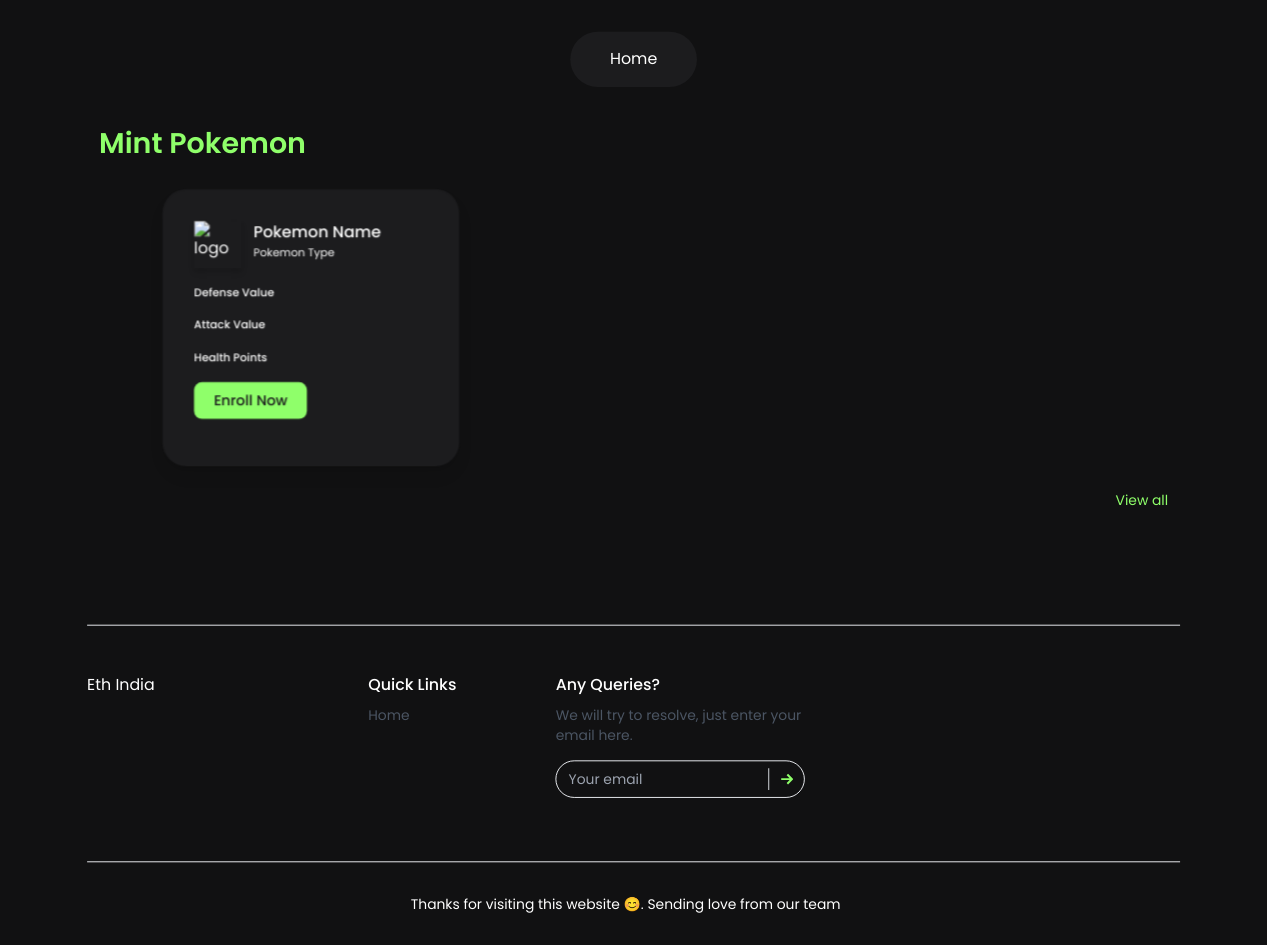
Repository: 0xinit/zkMon
Page: /pickPokemons (app in zkmon-frontend/)
An editor plug-in stored every save of this project. The page is shown before and after the next save, followed by the edit.
The browser window is 1280 px wide. The pictures show the whole page, at 99% of full size.
The project was rebuilt for these pictures with package versions that can differ from the ones it lists, and the page was loaded fresh each time. Also part of the build but not shown: zkmon-frontend/src/pages/Battle.jsx, zkmon-frontend/src/pages/PlayGame.jsx, zkmon-frontend/src/pages/HomePage.jsx.

Above is the page before, as saved 2023-12-09 20:24:50.

### zkmon-frontend/src/index.js
import React from "react";
import ReactDOM from "react-dom/client";
import "./index.css";
import App from "./App";
import reportWebVitals from "./reportWebVitals";
import { Route, BrowserRouter as Router } from "react-router-dom";

const root = ReactDOM.createRoot(document.getElementById("root"));
root.render(
  <React.StrictMode>
    <Router>
      <App />
    </Router>
  </React.StrictMode>
);

// If you want to start measuring performance in your app, pass a function
// to log results (for example: reportWebVitals(console.log))
// or send to an analytics endpoint. Learn more: https://bit.ly/CRA-vitals
reportWebVitals();

### zkmon-frontend/src/index.css
@import url(https://fonts.googleapis.com/css?family=Poppins:100,100italic,200,200italic,300,300italic,regular,italic,500,500italic,600,600italic,700,700italic,800,800italic,900,900italic);

* {
  margin: 0;
  padding: 0;
  box-sizing: border-box;
}

body {
  font-family: "Poppins", sans-serif, -apple-system, BlinkMacSystemFont,
    "Segoe UI", Roboto, Oxygen, Ubuntu, Cantarell, "Open Sans", "Helvetica Neue",
    sans-serif;
  background: #111112;
  color: white;
}

html,
body {
  scroll-behavior: smooth;
  overflow-x: hidden;
}
@tailwind base;
@tailwind components;
@tailwind utilities;

### zkmon-frontend/src/App.js
import React, { useEffect, useState } from "react";
import Navbar from "./components/NavBar";
import { Route, Routes } from "react-router-dom";
import Battle from "./pages/Battle";
import PlayGame from "./pages/PlayGame";
import HomePage from "./pages/HomePage";
import PickPokemon from "./pages/PickPokemon";
import Footer from "./components/Footer";
import {
  contractAddressOfProofOfLocation,
  contractAbiOfProofOfLocation,
  contractAddressOfGameEngine,
  contractAbiOfGameEngine,
} from "./contractConfig.js";
import { useNavigate } from "react-router-dom";
const { ethers } = require("ethers");

const App = () => {
  const [provider, setProvider] = useState(null);
  const [signer, setSigner] = useState(null);
  const [showConnectButton, setShowConnectButton] = useState(false);
  const [contractConfig, setContractConfig] = useState({
    locationContract: null,
    gameEngine: null,
  });
  const navigate = useNavigate();
  const [hasLocationPermission, setHasLocationPermission] = useState(false);
  const [userLocation, setUserLocation] = useState(null);
  const [address, setAddress] = useState("");

  const connectWallet = async () => {
    if (window.ethereum) {
      const provider = new ethers.providers.Web3Provider(window.ethereum);
      setProvider(provider);
      try {
        await provider.send("eth_requestAccounts", []);
        const signer = provider.getSigner();
        setSigner(signer);
        await connectContract(signer);
      } catch (error) {
        console.error(error);
        setShowConnectButton(true);
      }
    } else {
      setShowConnectButton(true);
    }
  };

  const connectContract = async (signer) => {
    const proofOfLocationContract = await new ethers.Contract(
      contractAddressOfProofOfLocation,
      contractAbiOfProofOfLocation,
      signer
    );

    const gameEngineContract = await new ethers.Contract(
      contractAddressOfGameEngine,
      contractAbiOfGameEngine,
      signer
    );

    setContractConfig({
      locationContract: proofOfLocationContract,
      gameEngine: gameEngineContract,
    });
  };

  const checkConnections = async () => {
    await connectWallet();
    await requestLocationPermission();
  };

  useEffect(() => {
    if (window.ethereum) {
      checkConnections();
    } else {
      setShowConnectButton(true);
    }
  }, []);

  const requestLocationPermission = () => {
    if ("geolocation" in navigator) {
      navigator.geolocation.getCurrentPosition(
        (position) => {
          setUserLocation([
            position.coords.latitude,
            position.coords.longitude,
          ]);
          setHasLocationPermission(true);
        },
        (error) => {
          console.error("Error getting user location:", error);
          setHasLocationPermission(false);
        }
      );
    } else {
    }
  };

  useEffect(() => {
    connectWallet();
  }, []);

  return (
    <div className="px-8 md:px-16">
      <Navbar signer={(connectWallet, signer, address)} />
      <div>
        <Routes>
          <Route
            path="/"
            element={<HomePage checkConnections={checkConnections} />}
          />
          <Route path="/battle" element={<Battle />} />
          <Route path="/playgame" element={<PlayGame />} />
          <Route path="/pickPokemons" element={<PickPokemon />} />
        </Routes>
      </div>
      <Footer />
    </div>
  );
};

export default App;

### zkmon-frontend/src/components/NavBar.jsx
import React, { useState, useEffect } from "react";
import { BiMenuAltRight } from "react-icons/bi";
import { Link } from "react-router-dom";

const Navbar = ({ connectwallet, signer, address }) => {
  const [isMenu, setIsMenu] = useState(false);

  const handleMenu = () => {
    setIsMenu(!isMenu);
  };

  useEffect(() => {}, []);

  return (
    <div>
      {/* desktop */}
      <div className="hidden md:flex md:items-center md:justify-center">
        <ul className="flex gap-14 bg-cardBg p-4 md:mt-8 mt-4 rounded-full px-10">
          <Link to="/">
            <li className="cursor-pointer">Home</li>
          </Link>
        </ul>
      </div>

      {/* mobile */}
      <div
        className="flex md:hidden justify-end mt-6 text-3xl"
        onClick={handleMenu}
      >
        <BiMenuAltRight />
        {isMenu && (
          <div className="absolute top-14 text-base bg-cardBg py-2 px-4 rounded-lg z-50">
            <ul>
              <Link to="/">
                <li className="mt-1">Home</li>
              </Link>
            </ul>
          </div>
        )}
      </div>
    </div>
  );
};

export default Navbar;

### zkmon-frontend/src/pages/PickPokemon.jsx
import React from "react";
import { Link } from "react-router-dom";

const PickPokemon = ({}) => {
  return (
    <div className="w-full">
      <div className="p-9 h-full">
        <p
          className="text-[1.8rem] font-semibold text-primaryColor"
          style={{ marginBottom: "1.5rem" }}
        >
          <span className="text-lightPrimary">Mint</span> Pokemon
        </p>

        <div className="h-full w-full grid md:grid-cols-4 gap-6 my-6 md:px-16">
          <div
            key=""
            className="md:w-300 p-8 min-w-260 bg-cardBg backdrop-blur-md rounded-3xl flex flex-col justify-center drop-shadow-lg gap-4 hover:scale-105 transition-all duration-300"
          >
            {/*<img src="frontend/src/img/free_img.png" alt="corner-image" className="absolute top-0 right-0 w-16 h-16 md:w-20 md:h-20 object-cover"/>*/}

            <div className="flex">
              <img
                src=""
                alt="logo"
                className="w-9 h-9 md:w-12 md:h-12 shadow-md hover:shadow-lg transition-all duration-300 transform hover:scale-110"
              />
              <div className="mx-3">
                <p className="md:text-[1rem] text-[0.8rem] font-medium hover:text-lightPrimary hover:underline">
                  Pokemon Name
                </p>
                <p className="md:text-[0.7rem] text-[0.6rem] text-lighttextGray">
                  Pokemon Type
                </p>
              </div>
            </div>
            <p className="text-[0.7rem] text-justify font-medium">
              Defense Value
            </p>
            <p className="text-[0.7rem] text-justify font-medium">
              Attack Value
            </p>
            <p className="text-[0.7rem] text-justify font-medium">
              Health Points
            </p>
            <div className="flex justify-between pb-4 gap-3">
              <div
                className="md:text-[0.9rem] text-[0.7rem] rounded-lg bg-primaryColor py-2 px-5 text-cardBg font-medium hover:shadow-lg duration-100 transition-all ease-in-out cursor-pointer"
                onClick={() => {}}
              >
                Enroll Now
              </div>
            </div>
          </div>
        </div>
        <p className="md:text-[lg] text-sm text-right text-primaryColor cursor-pointer hover:text-lightModeTextColor">
          View all
        </p>
      </div>
    </div>
  );
};

export default PickPokemon;

### zkmon-frontend/src/components/Footer.jsx
import React from "react";
import { Link } from "react-router-dom";

const Footer = () => {
  return (
    <footer>
      <div className="mx-auto px-4 sm:px-6 mt-20">
        {/* Top area: Blocks */}
        <div className="grid sm:grid-cols-12 gap-8 py-8 md:py-12 border-t border-gray-200">
          {/* 1st block */}
          <div className="sm:col-span-12 lg:col-span-3">
            <div className="mb-2">
              <p>Eth India</p>
            </div>
          </div>

          {/* 4th block */}
          <div className="sm:col-span-6 md:col-span-3 lg:col-span-2">
            <h6 className="font-medium mb-2">Quick Links</h6>
            <ul className="text-sm">
              <li className="mb-2">
                <Link
                  to="/"
                  className="text-gray-600 hover:text-white transition duration-150 ease-in-out"
                >
                  Home
                </Link>
              </li>
            </ul>
          </div>

          {/* 5th block */}
          <div className="sm:col-span-6 md:col-span-3 lg:col-span-3">
            <h6 className="font-medium mb-2">Any Queries?</h6>
            <p className="text-sm text-gray-600 mb-4">
              We will try to resolve, just enter your email here.
            </p>
            <form>
              <div className="flex flex-wrap mb-4">
                <div className="w-full">
                  <label className="block text-sm sr-only" htmlFor="newsletter">
                    Email
                  </label>
                  <div className="relative flex items-center max-w-xs">
                    <input
                      id="newsletter"
                      type="email"
                      className="form-input w-full text-gray-800 px-3 py-2 pr-12 text-sm bg-transparent border focus:outline-none rounded-full"
                      placeholder="Your email"
                      required
                    />
                    <button
                      type="submit"
                      className="absolute inset-0 left-auto"
                      aria-label="Subscribe"
                    >
                      <span
                        className="absolute inset-0 right-auto w-px -ml-px my-2 bg-gray-300"
                        aria-hidden="true"
                      ></span>
                      <svg
                        className="w-3 h-3 fill-current text-primaryColor mx-3 shrink-0"
                        viewBox="0 0 12 12"
                        xmlns="http://www.w3.org/2000/svg"
                      >
                        <path
                          d="M11.707 5.293L7 .586 5.586 2l3 3H0v2h8.586l-3 3L7 11.414l4.707-4.707a1 1 0 000-1.414z"
                          fillRule="nonzero"
                        />
                      </svg>
                    </button>
                  </div>
                </div>
              </div>
            </form>
          </div>
        </div>

        {/* Bottom area */}
        <div className="flex items-center justify-center py-4 md:py-8 border-t border-gray-200">
          <div className="text-sm text-center mr-4">
            Thanks for visiting this website 😊. Sending love from our team
          </div>
        </div>
      </div>
    </footer>
  );
};

export default Footer;

### zkmon-frontend/src/contractConfig.js
const contractAddressOfProofOfLocation = "";
const contractAddressOfGameEngine = "";

const contractAbiOfProofOfLocation = [];
const contractAbiOfGameEngine = [];

module.exports = {
  contractAddressOfProofOfLocation,
  contractAbiOfProofOfLocation,
  contractAddressOfGameEngine,
  contractAbiOfGameEngine,
};

### zkmon-frontend/tailwind.config.js
/** @type {import('tailwindcss').Config} */
module.exports = {
  content: ["./src/**/*.{js,jsx,ts,tsx}"],
  theme: {
    extend: {
      width: {
        150: "150px",
        190: "190px",
        225: "225px",
        275: "275px",
        300: "300px",
        340: "340px",
        350: "350px",
        375: "375px",
        460: "460px",
        656: "656px",
        880: "880px",
        508: "508px",
      },
      height: {
        80: "80px",
        150: "150px",
        225: "225px",
        300: "300px",
        340: "340px",
        370: "370px",
        420: "420px",
        510: "510px",
        600: "600px",
        650: "650px",
        685: "685px",
        800: "800px",
        "90vh": "90vh",
      },
      minWidth: {
        210: "210px",
        260: "260px",
        350: "350px",
        620: "620px",
      },
      screens: {
        xsm: "365px",
        sm: "640px",
        md: "768px",
        lg: "1024px",
        xl: "1280px",
        "2xl": "1536px",
      },
      lineHeight: {
        tight: "1.2", // Adjust the value as needed
      },
      colors: {
        cardBg: "#1C1C1E",
        primaryColor: "#8FFF6A",
        backgroundColor: "#111112",
        subtitleColor: "#515151",
      },
    },
  },
  plugins: [],
};

Loaded but not shown: zkmon-frontend/public/index.html (common file); zkmon-frontend/src/reportWebVitals.js (common file)

After the next save:
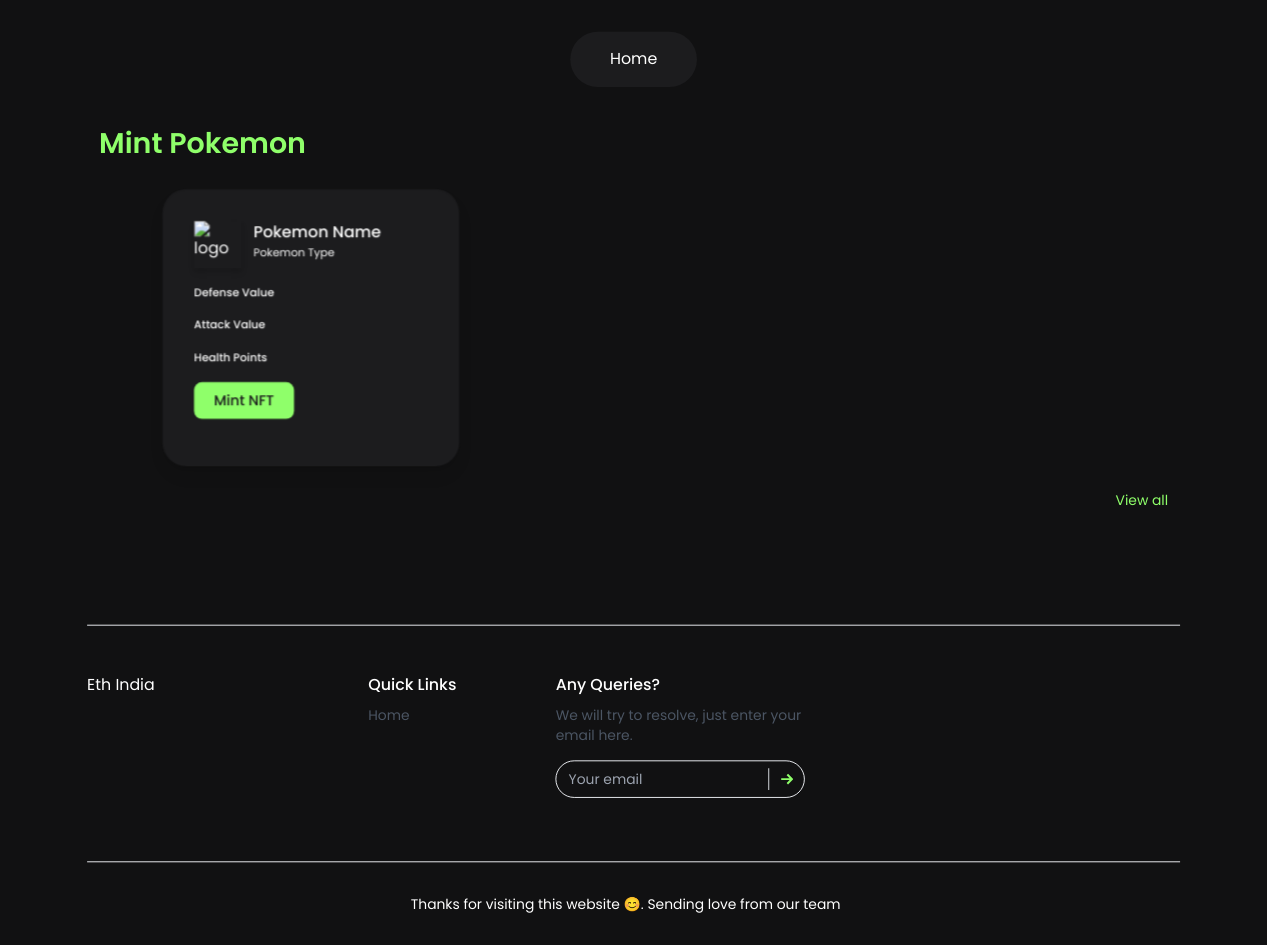
Saved 12 s later.
--- a/zkmon-frontend/src/pages/PickPokemon.jsx
+++ b/zkmon-frontend/src/pages/PickPokemon.jsx
@@ -48,7 +48,7 @@
                 className="md:text-[0.9rem] text-[0.7rem] rounded-lg bg-primaryColor py-2 px-5 text-cardBg font-medium hover:shadow-lg duration-100 transition-all ease-in-out cursor-pointer"
                 onClick={() => {}}
               >
-                Enroll Now
+                Mint NFT
               </div>
             </div>
           </div>
